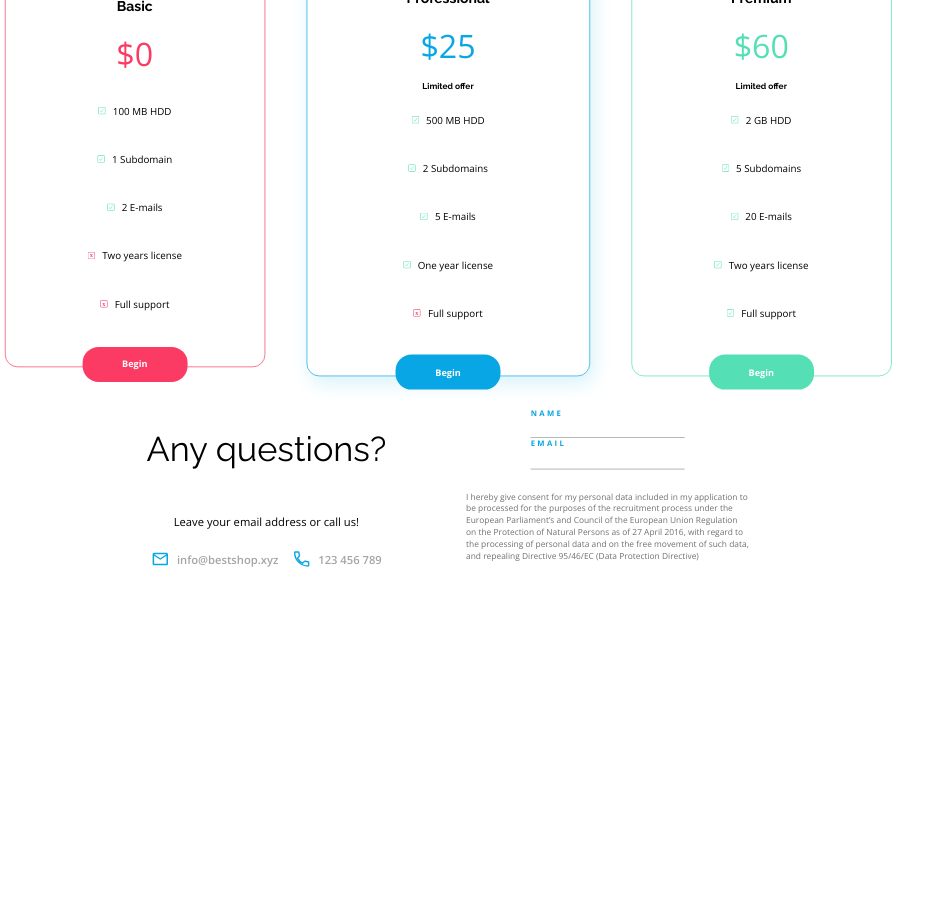
Repository: Widzisz/bestshop-website
Page: index.html
The author's editor kept a copy of each file at every save. The page is drawn from the files as they stood at one save, then again after the next save.
The browser window is 1280 px wide. The page is 1352 px wide, so the pictures cover 1352 px, including what lies to the right of the window. The pictures show the part of the page from y = 2641 to 4481 px (the page is 3925 px tall before and 4481 px after), at 70% of full size.

Above is the page before, as saved 2021-03-20 17:11:13.

After the next save:
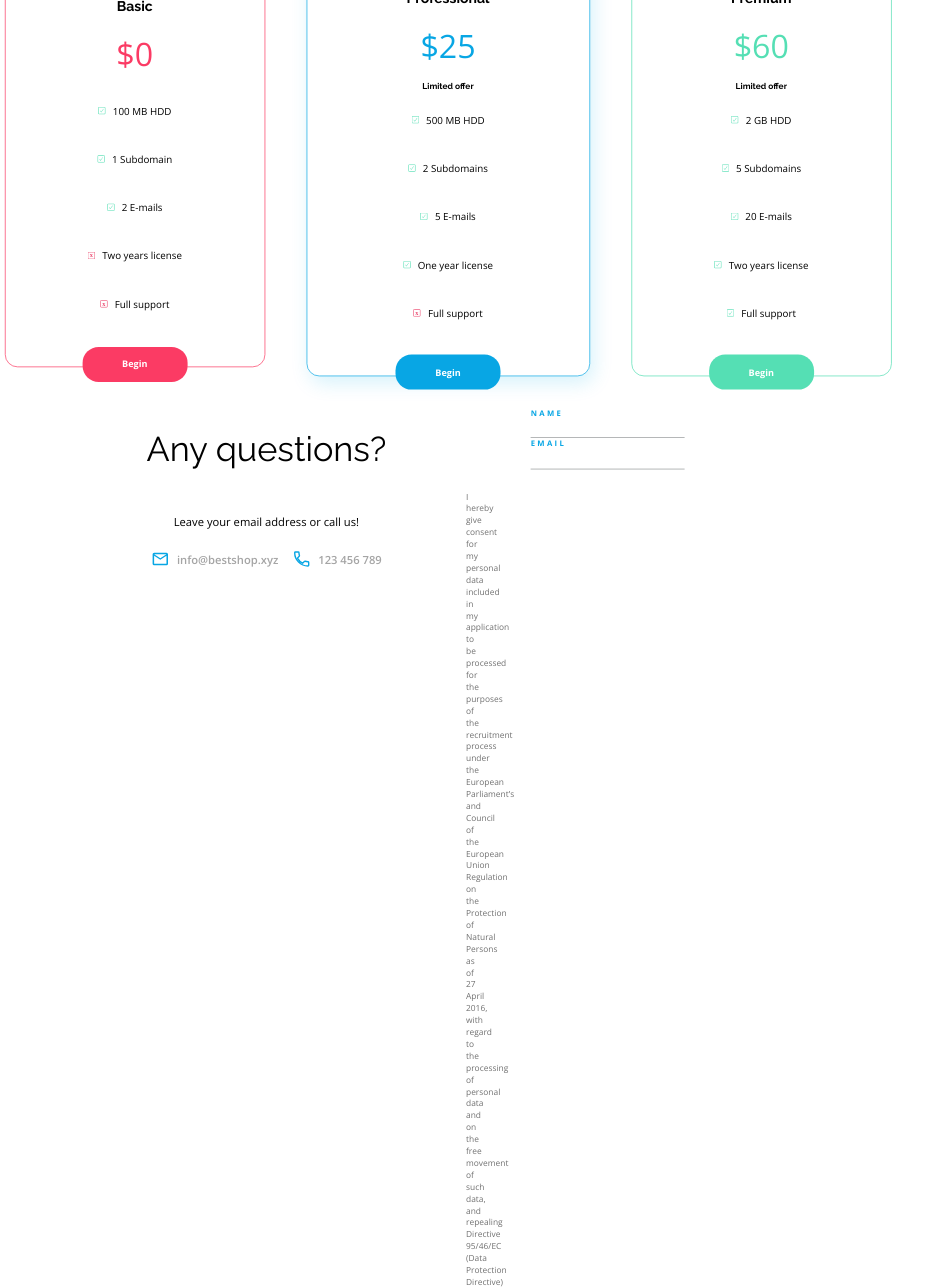
Saved 24 s later.
--- a/css/style.css
+++ b/css/style.css
@@ -743,6 +743,8 @@ height: 108px;
   color: #707070;
   display: inline-block;
 	cursor: pointer;
+  width: 24px;
+height: 24px;
 	background-image: url(../images/checkmark-1.svg);
   background-repeat: no-repeat;
 }
